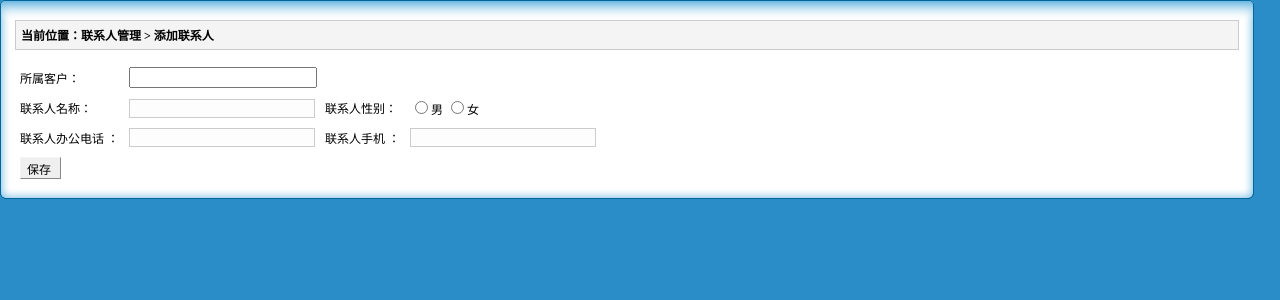
Repository: ChetWei/eclipse-workspace
Page: http://localhost/SSH_CRM/jsp/linkman/add.jsp
The author's editor kept a copy of each file at every save. The page is drawn from the files as they stood at one save, then again after the next save.
The browser window is 1280 px wide. The pictures show the whole page.
The page is served by Tomcat 9. Nobody is signed in. The application's start-up code is not run. Other server files are loaded and not shown.

Above is the page before, as saved 2018-08-25 02:32:34.

### SSH_CRM/WebContent/jsp/linkman/add.jsp
<%@ page language="java" contentType="text/html; charset=UTF-8"
    pageEncoding="UTF-8"%>
<!DOCTYPE html PUBLIC "-//W3C//DTD HTML 4.01 Transitional//EN" "http://www.w3.org/TR/html4/loose.dtd">
<html>
<head>
<TITLE>添加联系人</TITLE>
<meta http-equiv="Content-Type" content="text/html; charset=UTF-8">
<LINK href="${pageContext.request.contextPath }/css/Style.css" type=text/css rel=stylesheet>
<LINK href="${pageContext.request.contextPath }/css/Manage.css" type=text/css
	rel=stylesheet>
<script type="text/javascript"
	src="js/jquery-3.3.1.min.js"></script>



<META content="MSHTML 6.00.2900.3492" name=GENERATOR>
</HEAD>
<BODY>
	<FORM id=form1 name=form1
		action="${pageContext.request.contextPath }/linkmanServlet?method=addsubmit"
		method=post>


		<TABLE cellSpacing=0 cellPadding=0 width="98%" border=0>
			<TBODY>
				<TR>
					<TD width=15><IMG src="${pageContext.request.contextPath }/images/new_019.jpg"
						border=0></TD>
					<TD width="100%" background="${pageContext.request.contextPath }/images/new_020.jpg"
						 height=20></TD>
					<TD width=15><IMG src="${pageContext.request.contextPath }/images/new_021.jpg"
						border=0></TD>
				</TR>
			</TBODY>
		</TABLE>
		<TABLE cellSpacing=0 cellPadding=0 width="98%" border=0>
			<TBODY>
				<TR>
					<TD width=15 background=${pageContext.request.contextPath }/images/new_022.jpg><IMG
						src="${pageContext.request.contextPath }/images/new_022.jpg" border=0></TD>
					<TD vAlign=top width="100%" bgColor=#ffffff>
						<TABLE cellSpacing=0 cellPadding=5 width="100%" border=0>
							<TR>
								<TD class=manageHead>当前位置：联系人管理 &gt; 添加联系人</TD>
							</TR>
							<TR>
								<TD height=2></TD>
							</TR>
						</TABLE>
						<TABLE cellSpacing=0 cellPadding=5  border=0>
							<tr>
								<td>所属客户：</td>
								<td colspan="3"><input type="text" name="custId" style="WIDTH: 180px"/></td>
							</tr>
							<TR>
								<td>联系人名称：</td>
								<td>
								<INPUT class=textbox id=sChannel2
														style="WIDTH: 180px" maxLength=50 name="lkm_name">
								</td>
								<td>联系人性别：</td>
								<td>
								<input type="radio" value="1" name="lkm_gender">男
								<input type="radio" value="2" name="lkm_gender">女
								</td>
							</TR>
							<TR>
								<td>联系人办公电话 ：</td>
								<td>
								<INPUT class=textbox id=sChannel2
														style="WIDTH: 180px" maxLength=50 name="lkm_phone">
								</td>
								<td>联系人手机 ：</td>
								<td>
								<INPUT class=textbox id=sChannel2
														style="WIDTH: 180px" maxLength=50 name="lkm_mobile">
								</td>
							</TR>
							<tr>
								<td rowspan=2>
								<INPUT class=button id=sButton2 type=submit
														value="保存 " name=sButton2>
								</td>
							</tr>
						</TABLE>


					</TD>
					<TD width=15 background="${pageContext.request.contextPath }/images/new_023.jpg">
					<IMG src="${pageContext.request.contextPath }/images/new_023.jpg" border=0></TD>
				</TR>
			</TBODY>
		</TABLE>
		<TABLE cellSpacing=0 cellPadding=0 width="98%" border=0>
			<TBODY>
				<TR>
					<TD width=15><IMG src="${pageContext.request.contextPath }/images/new_024.jpg"
						border=0></TD>
					<TD align=middle width="100%"
						background="${pageContext.request.contextPath }/images/new_025.jpg" height=15></TD>
					<TD width=15><IMG src="${pageContext.request.contextPath }/images/new_026.jpg"
						border=0></TD>
				</TR>
			</TBODY>
		</TABLE>
	</FORM>
</BODY>
</HTML>

### SSH_CRM/WebContent/css/Style.css
BODY {
	PADDING-RIGHT: 0px; PADDING-LEFT: 0px; PADDING-BOTTOM: 0px; MARGIN: 0px; PADDING-TOP: 0px
}
TD {
	FONT-SIZE: 12px; FONT-FAMILY: 宋体
}
DIV {
	FONT-SIZE: 12px; FONT-FAMILY: 宋体
}
P {
	FONT-SIZE: 12px; FONT-FAMILY: 宋体
}
SPAN {
	FONT-SIZE: 12px; FONT-FAMILY: 宋体
}
A {
	FONT-SIZE: 12px; FONT-FAMILY: 宋体
}
INPUT {
	FONT-SIZE: 12px; FONT-FAMILY: 宋体
}
TEXTAREA {
	FONT-SIZE: 12px; FONT-FAMILY: 宋体
}
SELECT {
	FONT-SIZE: 12px; FONT-FAMILY: 宋体
}
TABLE {
	BORDER-COLLAPSE: collapse
}
A:link {
	COLOR: #0055bb; TEXT-DECORATION: none
}
A:visited {
	COLOR: #0077bb; TEXT-DECORATION: none
}
A:hover {
	COLOR: #ff0000; TEXT-DECORATION: underline
}
.hidden {
	DISPLAY: none
}
.display {
	DISPLAY: block
}
.textbox {
	BORDER-RIGHT: #cccccc 1px solid; BORDER-TOP: #cccccc 1px solid; BORDER-LEFT: #cccccc 1px solid; COLOR: #333333; BORDER-BOTTOM: #cccccc 1px solid; HEIGHT: 17px; BACKGROUND-COLOR: #fdfdfd
}
.textarea {
	BORDER-RIGHT: #cccccc 1px solid; BORDER-TOP: #cccccc 1px solid; BORDER-LEFT: #cccccc 1px solid; COLOR: #333333; BORDER-BOTTOM: #cccccc 1px solid; BACKGROUND-COLOR: #fdfdfd
}
.button {
	BORDER-RIGHT: #888888 1px solid; BORDER-TOP: #f4f4f4 1px solid; BORDER-LEFT: #f4f4f4 1px solid; COLOR: #000000; PADDING-TOP: 2px; BORDER-BOTTOM: #888888 1px solid
}
.fileupload {
	BORDER-RIGHT: #eeeeee 1px solid; BORDER-TOP: #999999 1px solid; FONT-SIZE: 12px; BORDER-LEFT: #999999 1px solid; COLOR: #333333; BORDER-BOTTOM: #eeeeee 1px solid
}
.redinfo {
	COLOR: #ff0000
}

### SSH_CRM/WebContent/css/Manage.css
BODY {
	PADDING-RIGHT: 0px; PADDING-LEFT: 0px; PADDING-BOTTOM: 0px; MARGIN: 0px; PADDING-TOP: 0px; BACKGROUND-COLOR: #2a8dc8
}
BODY {
	FONT-SIZE: 12px; FONT-FAMILY: 宋体
}
TD {
	FONT-SIZE: 12px; FONT-FAMILY: 宋体
}
DIV {
	FONT-SIZE: 12px; FONT-FAMILY: 宋体
}
P {
	FONT-SIZE: 12px; FONT-FAMILY: 宋体
}
SPAN {
	FONT-SIZE: 12px; FONT-FAMILY: 宋体
}
INPUT {
	FONT-SIZE: 12px; FONT-FAMILY: 宋体
}
TEXTAREA {
	FONT-SIZE: 12px; FONT-FAMILY: 宋体
}
SELECT {
	FONT-SIZE: 12px; FONT-FAMILY: 宋体
}
A {
	FONT-SIZE: 12px; FONT-FAMILY: 宋体
}
.manageHead {
	BORDER-RIGHT: #cccccc 1px solid; BORDER-TOP: #cccccc 1px solid; FONT-WEIGHT: bold; BORDER-LEFT: #cccccc 1px solid; COLOR: #000000; BORDER-BOTTOM: #cccccc 1px solid; BACKGROUND-COLOR: #f4f4f4
}
.manageHeadContent {
	BORDER-RIGHT: #eeeeee 1px solid; BORDER-TOP: #eeeeee 1px solid; BORDER-LEFT: #eeeeee 1px solid; COLOR: #333333; LINE-HEIGHT: 16pt; BORDER-BOTTOM: #eeeeee 1px solid; BACKGROUND-COLOR: #fdfdfd
}
.manageTitle {
	FONT-WEIGHT: bold; BACKGROUND-COLOR: #fbfbfb; TEXT-ALIGN: right
}
.manageMain {
	PADDING-LEFT: 10px; FONT-WEIGHT: bold; COLOR: #0055bb; HEIGHT: 28px; BACKGROUND-COLOR: #eeeeee
}
.productHead {
	BORDER-RIGHT: #cccccc 1px solid; BORDER-TOP: #cccccc 1px solid; FONT-WEIGHT: bold; BORDER-LEFT: #cccccc 1px solid; WIDTH: 80px; CURSOR: hand; COLOR: #0055bb; BORDER-BOTTOM: #cccccc 1px solid; BACKGROUND-COLOR: #eeeeee; TEXT-ALIGN: center
}
.productHeadClick {
	BORDER-RIGHT: #999999 1px solid; BORDER-TOP: #999999 1px solid; FONT-WEIGHT: bold; BORDER-LEFT: #999999 1px solid; WIDTH: 80px; CURSOR: hand; COLOR: #000000; BORDER-BOTTOM: #999999 1px solid; BACKGROUND-COLOR: #8fcfff; TEXT-ALIGN: center
}
.labelParent {
	PADDING-RIGHT: 5px; PADDING-LEFT: 5px; FONT-WEIGHT: bold; PADDING-BOTTOM: 5px; COLOR: #0055bb; PADDING-TOP: 5px
}
.menuBig {
	BORDER-RIGHT: #d8d0c8 0px solid; BORDER-TOP: #d8d0c8 0px solid; PADDING-LEFT: 10px; FONT-WEIGHT: bold; BORDER-LEFT: #d8d0c8 0px solid; CURSOR: hand; COLOR: #ffffff; BORDER-BOTTOM: #d8d0c8 0px solid; HEIGHT: 24px; BACKGROUND-COLOR: #666666
}
.menuSmall {
	BORDER-BOTTOM: #dddddd 1px solid; BACKGROUND-COLOR: #eeeeee
}
A.menuTop {
	BORDER-RIGHT: #999999 1px solid; PADDING-RIGHT: 4px; BORDER-TOP: #dddddd 1px solid; PADDING-LEFT: 4px; PADDING-BOTTOM: 4px; BORDER-LEFT: #dddddd 1px solid; PADDING-TOP: 4px; BORDER-BOTTOM: #999999 1px solid; BACKGROUND-COLOR: #ffffff
}
.orderTitle {
	FONT-WEIGHT: bold; COLOR: #ffffff; BACKGROUND-COLOR: #666666; TEXT-ALIGN: center
}
.orderFlagTitle {
	PADDING-LEFT: 5px; FONT-WEIGHT: bold; COLOR: #ffffff; HEIGHT: 24px; BACKGROUND-COLOR: #666666
}
.noDataDiv {
	BORDER-RIGHT: #cccccc 1px solid; PADDING-RIGHT: 15px; BORDER-TOP: #cccccc 1px solid; PADDING-LEFT: 15px; FONT-WEIGHT: bold; FONT-SIZE: 12px; PADDING-BOTTOM: 15px; BORDER-LEFT: #cccccc 1px solid; COLOR: #ff0000; PADDING-TOP: 15px; BORDER-BOTTOM: #cccccc 1px solid
}
.yes {
	FONT-WEIGHT: bold; COLOR: #0077bb
}
.no {
	FONT-WEIGHT: bold; COLOR: #ff0000
}
.textbox {
	HEIGHT: 15px
}
.textarea {

}
.button {
	HEIGHT: 22px
}
.fileupload {
	HEIGHT: 21px
}

### SSH_CRM/WebContent/index.jsp
<%@ page language="java" contentType="text/html; charset=UTF-8"
    pageEncoding="UTF-8"%>
<!DOCTYPE HTML PUBLIC "-//W3C//DTD HTML 4.01 Frameset//EN" "http://www.w3c.org/TR/1999/REC-html401-19991224/frameset.dtd">
<HTML xmlns="http://www.w3.org/1999/xhtml">
<HEAD>
<TITLE>客户关系管理系统</TITLE>
<META http-equiv=Content-Type content="text/html; charset=utf-8">
<META content="MSHTML 6.00.2900.3492" name=GENERATOR>
</HEAD>
<FRAMESET frameSpacing=0 rows=80,* frameBorder=0>
	<FRAME name=top src="top.jsp" frameBorder=0 noResize
		scrolling=no>
	<FRAMESET frameSpacing=0 frameBorder=0 cols=220,*>
		<FRAME name=menu src="menu.jsp" frameBorder=0 noResize>
		<FRAME name=main src="welcome.jsp" frameBorder=0>
	</FRAMESET>
	<NOFRAMES>
		<p>This page requires frames, but your browser does not support
			them.</p>
	</NOFRAMES>
</FRAMESET>
</HTML>

Loaded but not shown: SSH_CRM/WebContent/js/jquery-3.3.1.min.js (library)

After the next save:
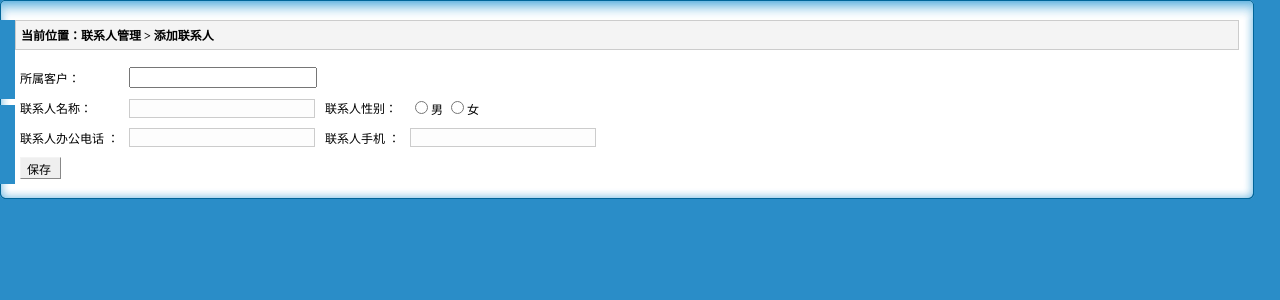
Saved 42 s later.
--- a/SSH_CRM/WebContent/jsp/linkman/add.jsp
+++ b/SSH_CRM/WebContent/jsp/linkman/add.jsp
@@ -1,15 +1,15 @@
 <%@ page language="java" contentType="text/html; charset=UTF-8"
-    pageEncoding="UTF-8"%>
+	pageEncoding="UTF-8"%>
 <!DOCTYPE html PUBLIC "-//W3C//DTD HTML 4.01 Transitional//EN" "http://www.w3.org/TR/html4/loose.dtd">
 <html>
 <head>
 <TITLE>添加联系人</TITLE>
 <meta http-equiv="Content-Type" content="text/html; charset=UTF-8">
-<LINK href="${pageContext.request.contextPath }/css/Style.css" type=text/css rel=stylesheet>
-<LINK href="${pageContext.request.contextPath }/css/Manage.css" type=text/css
-	rel=stylesheet>
-<script type="text/javascript"
-	src="js/jquery-3.3.1.min.js"></script>
+<LINK href="${pageContext.request.contextPath }/css/Style.css"
+	type=text/css rel=stylesheet>
+<LINK href="${pageContext.request.contextPath }/css/Manage.css"
+	type=text/css rel=stylesheet>
+<script type="text/javascript" src="js/jquery-3.3.1.min.js"></script>
 
 
 
@@ -24,11 +24,14 @@
 		<TABLE cellSpacing=0 cellPadding=0 width="98%" border=0>
 			<TBODY>
 				<TR>
-					<TD width=15><IMG src="${pageContext.request.contextPath }/images/new_019.jpg"
+					<TD width=15><IMG
+						src="${pageContext.request.contextPath }/images/new_019.jpg"
 						border=0></TD>
-					<TD width="100%" background="${pageContext.request.contextPath }/images/new_020.jpg"
-						 height=20></TD>
-					<TD width=15><IMG src="${pageContext.request.contextPath }/images/new_021.jpg"
+					<TD width="100%"
+						background="${pageContext.request.contextPath }/images/new_020.jpg"
+						height=20></TD>
+					<TD width=15><IMG
+						src="${pageContext.request.contextPath }/images/new_021.jpg"
 						border=0></TD>
 				</TR>
 			</TBODY>
@@ -36,8 +39,10 @@
 		<TABLE cellSpacing=0 cellPadding=0 width="98%" border=0>
 			<TBODY>
 				<TR>
-					<TD width=15 background=${pageContext.request.contextPath }/images/new_022.jpg><IMG
-						src="${pageContext.request.contextPath }/images/new_022.jpg" border=0></TD>
+					<TD width=15 background=${pageContext.request.contextPath }
+						/images/new_022.jpg><IMG
+						src="${pageContext.request.contextPath }/images/new_022.jpg"
+						border=0></TD>
 					<TD vAlign=top width="100%" bgColor=#ffffff>
 						<TABLE cellSpacing=0 cellPadding=5 width="100%" border=0>
 							<TR>
@@ -47,58 +52,55 @@
 								<TD height=2></TD>
 							</TR>
 						</TABLE>
-						<TABLE cellSpacing=0 cellPadding=5  border=0>
+						<TABLE cellSpacing=0 cellPadding=5 border=0>
 							<tr>
 								<td>所属客户：</td>
-								<td colspan="3"><input type="text" name="custId" style="WIDTH: 180px"/></td>
+								<td colspan="3"><input type="text" name="custId"
+									style="WIDTH: 180px" /></td>
 							</tr>
 							<TR>
 								<td>联系人名称：</td>
-								<td>
-								<INPUT class=textbox id=sChannel2
-														style="WIDTH: 180px" maxLength=50 name="lkm_name">
-								</td>
+								<td><INPUT class=textbox id=sChannel2 style="WIDTH: 180px"
+									maxLength=50 name="lkm_name"></td>
 								<td>联系人性别：</td>
-								<td>
-								<input type="radio" value="1" name="lkm_gender">男
-								<input type="radio" value="2" name="lkm_gender">女
-								</td>
+								<td><input type="radio" value="1" name="lkm_gender">男
+									<input type="radio" value="2" name="lkm_gender">女</td>
 							</TR>
 							<TR>
 								<td>联系人办公电话 ：</td>
-								<td>
-								<INPUT class=textbox id=sChannel2
-														style="WIDTH: 180px" maxLength=50 name="lkm_phone">
-								</td>
+								<td><INPUT class=textbox id=sChannel2 style="WIDTH: 180px"
+									maxLength=50 name="lkm_phone"></td>
 								<td>联系人手机 ：</td>
-								<td>
-								<INPUT class=textbox id=sChannel2
-														style="WIDTH: 180px" maxLength=50 name="lkm_mobile">
-								</td>
+								<td><INPUT class=textbox id=sChannel2 style="WIDTH: 180px"
+									maxLength=50 name="lkm_mobile"></td>
 							</TR>
 							<tr>
-								<td rowspan=2>
-								<INPUT class=button id=sButton2 type=submit
-														value="保存 " name=sButton2>
-								</td>
+								<td rowspan=2><INPUT class=button id=sButton2 type=submit
+									value="保存 " name=sButton2></td>
 							</tr>
 						</TABLE>
 
 
 					</TD>
-					<TD width=15 background="${pageContext.request.contextPath }/images/new_023.jpg">
-					<IMG src="${pageContext.request.contextPath }/images/new_023.jpg" border=0></TD>
+					<TD width=15
+						background="${pageContext.request.contextPath }/images/new_023.jpg">
+						<IMG src="${pageContext.request.contextPath }/images/new_023.jpg"
+						border=0>
+					</TD>
 				</TR>
 			</TBODY>
 		</TABLE>
 		<TABLE cellSpacing=0 cellPadding=0 width="98%" border=0>
 			<TBODY>
 				<TR>
-					<TD width=15><IMG src="${pageContext.request.contextPath }/images/new_024.jpg"
+					<TD width=15><IMG
+						src="${pageContext.request.contextPath }/images/new_024.jpg"
 						border=0></TD>
 					<TD align=middle width="100%"
-						background="${pageContext.request.contextPath }/images/new_025.jpg" height=15></TD>
-					<TD width=15><IMG src="${pageContext.request.contextPath }/images/new_026.jpg"
+						background="${pageContext.request.contextPath }/images/new_025.jpg"
+						height=15></TD>
+					<TD width=15><IMG
+						src="${pageContext.request.contextPath }/images/new_026.jpg"
 						border=0></TD>
 				</TR>
 			</TBODY>

After the 4 saves that followed:
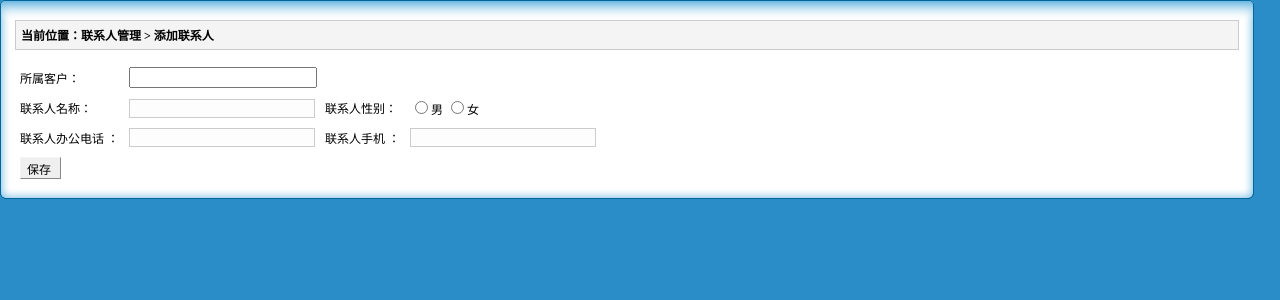
The 4 saves are shown as one change because 3 left the picture as it was.
The last was saved 3 min 36 s later.
--- a/SSH_CRM/WebContent/jsp/linkman/add.jsp
+++ b/SSH_CRM/WebContent/jsp/linkman/add.jsp
@@ -11,13 +11,11 @@
 	type=text/css rel=stylesheet>
 <script type="text/javascript" src="js/jquery-3.3.1.min.js"></script>
 
-
-
 <META content="MSHTML 6.00.2900.3492" name=GENERATOR>
 </HEAD>
 <BODY>
 	<FORM id=form1 name=form1
-		action="${pageContext.request.contextPath }/linkmanServlet?method=addsubmit"
+		action="linkman_save.action"
 		method=post>
 
 
@@ -25,13 +23,13 @@
 			<TBODY>
 				<TR>
 					<TD width=15><IMG
-						src="${pageContext.request.contextPath }/images/new_019.jpg"
+						src="images/new_019.jpg"
 						border=0></TD>
 					<TD width="100%"
-						background="${pageContext.request.contextPath }/images/new_020.jpg"
+						background="/images/new_020.jpg"
 						height=20></TD>
 					<TD width=15><IMG
-						src="${pageContext.request.contextPath }/images/new_021.jpg"
+						src="images/new_021.jpg"
 						border=0></TD>
 				</TR>
 			</TBODY>
@@ -39,9 +37,8 @@
 		<TABLE cellSpacing=0 cellPadding=0 width="98%" border=0>
 			<TBODY>
 				<TR>
-					<TD width=15 background=${pageContext.request.contextPath }
-						/images/new_022.jpg><IMG
-						src="${pageContext.request.contextPath }/images/new_022.jpg"
+					<TD width=15 background=images/new_022.jpg><IMG
+						src="images/new_022.jpg"
 						border=0></TD>
 					<TD vAlign=top width="100%" bgColor=#ffffff>
 						<TABLE cellSpacing=0 cellPadding=5 width="100%" border=0>
@@ -83,8 +80,8 @@
 
 					</TD>
 					<TD width=15
-						background="${pageContext.request.contextPath }/images/new_023.jpg">
-						<IMG src="${pageContext.request.contextPath }/images/new_023.jpg"
+						background="images/new_023.jpg">
+						<IMG src="images/new_023.jpg"
 						border=0>
 					</TD>
 				</TR>
@@ -94,13 +91,13 @@
 			<TBODY>
 				<TR>
 					<TD width=15><IMG
-						src="${pageContext.request.contextPath }/images/new_024.jpg"
+						src="images/new_024.jpg"
 						border=0></TD>
 					<TD align=middle width="100%"
-						background="${pageContext.request.contextPath }/images/new_025.jpg"
+						background="images/new_025.jpg"
 						height=15></TD>
 					<TD width=15><IMG
-						src="${pageContext.request.contextPath }/images/new_026.jpg"
+						src="images/new_026.jpg"
 						border=0></TD>
 				</TR>
 			</TBODY>
